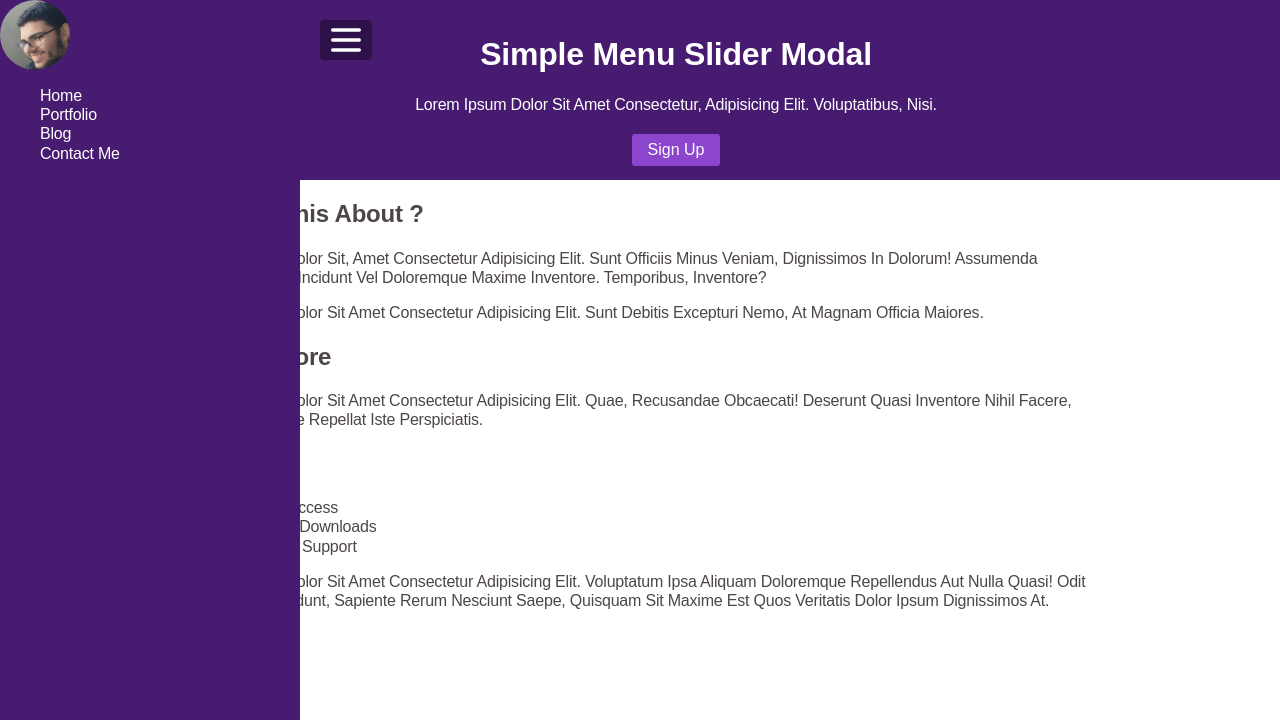
Repository: lilo750/Menu-Slider-modal
Page: index.html
The author's editor kept a copy of each file at every save. The page is drawn from the files as they stood at one save, then again after the next save.
The browser window is 1280 px wide. The pictures show the whole page.

Above is the page before, as saved 2024-01-17 10:09:21.

### index.html
<!DOCTYPE html>
<html lang="en">
    <head>
        <meta charset="UTF-8" />
        <meta name="viewport" content="width=device-width, initial-scale=1.0" />
        <title>menu-slider-modal</title>
        <script defer src="assets/logic.js"></script>
        <link rel="stylesheet" href="assets/style.css" />
    </head>
    <body>
        <div class="left-menu">
            <aside>
                <div id="profile-img">
                    <img
                        src="assets/visuals/profile-img.jpg"
                        alt="profile image"
                    />
                </div>
                <ul>
                    <li>home</li>
                    <li>portfolio</li>
                    <li>blog</li>
                    <li>contact me</li>
                </ul>
            </aside>

            <button id="burger-btn">
                <img
                    src="assets/visuals/burger-menu-svgrepo-com.svg"
                    alt="burger icon"
                />
            </button>
        </div>
        <div class="container">
            <header>
                <div class="heading">
                    <h1>Simple Menu slider Modal</h1>
                    <p>
                        Lorem ipsum dolor sit amet consectetur, adipisicing
                        elit. Voluptatibus, nisi.
                    </p>
                    <button id="signUp-btn">Sign Up</button>
                </div>
            </header>

            <main>
                <h2>what is this about ?</h2>
                <p>
                    Lorem ipsum dolor sit, amet consectetur adipisicing elit.
                    Sunt officiis minus veniam, dignissimos in dolorum!
                    Assumenda aperiam culpa incidunt vel doloremque maxime
                    inventore. Temporibus, inventore?
                </p>
                <p>
                    Lorem ipsum dolor sit amet consectetur adipisicing elit.
                    Sunt debitis excepturi nemo, at magnam officia maiores.
                </p>
                <h2>tell me more</h2>
                <p>
                    Lorem ipsum dolor sit amet consectetur adipisicing elit.
                    Quae, recusandae obcaecati! Deserunt quasi inventore nihil
                    facere, commodi itaque repellat iste perspiciatis.
                </p>
                <h2>benefits</h2>
                <ul>
                    <li>lifetime access</li>
                    <li>unlimited downloads</li>
                    <li>customer support</li>
                </ul>
                <p>
                    Lorem ipsum dolor sit amet consectetur adipisicing elit.
                    Voluptatum ipsa aliquam doloremque repellendus aut nulla
                    quasi! Odit voluptates, incidunt, sapiente rerum nesciunt
                    saepe, quisquam sit maxime est quos veritatis dolor ipsum
                    dignissimos at. Minus, ullam?
                </p>
            </main>
        </div>
        <!-- ./container -->

        <div class="modal">
            <header>
                <span>Sign Up</span>
                <button id="close-btn">
                    <img
                        src="assets/visuals/close-icon.svg"
                        alt="burger icon"
                    />
                </button>
            </header>
            <form>
                <p>Register with us to get offers. support and more</p>
                <div class="form-control">
                    <label for="name">Name</label>
                    <input id="name" type="text" required />
                </div>
                <div class="form-control">
                    <label for="mail">Email</label>
                    <input id="mail" type="email" required />
                </div>
                <div class="form-control">
                    <label for="pass">Password</label>
                    <input id="pass" type="password" required />
                </div>
                <div class="form-control">
                    <label for="cpass">Confirm Password</label>
                    <input id="cpass" type="password" required />
                </div>

                <button id="submit-btn" type="submit">submit</button>
            </form>
        </div>
    </body>
</html>

### assets/logic.js
const signUpBtn = document.getElementById('signUp-btn');
const closeBtn = document.getElementById('close-btn');
const modal = document.querySelector('.modal');
const container = document.querySelector('.container');

const openModalHandler = (event) => {
    event.stopPropagation(); // Stop the event from propagating to the container
    modal.style.pointerEvents = 'auto';
    modal.style.visibility = 'visible';
    modal.style.opacity = '1';
};

const closeModalHandler = () => {
    modal.style.pointerEvents = 'none';
    modal.style.visibility = 'hidden';
    modal.style.opacity = '0';
};

const modalOverlayHandler = () => {
    if (modal.style.visibility === 'visible') {
        closeModalHandler();
    }
};

container.addEventListener('click', modalOverlayHandler);
signUpBtn.addEventListener('click', openModalHandler);
closeBtn.addEventListener('click', closeModalHandler);

### assets/style.css
html {
    font-family: sans-serif;
    letter-spacing: -0.2px;
    color: #4d4646;
}

body {
    height: 100vh;
    margin: 0;
    padding: 0;
    text-transform: capitalize;
    line-height: 1.2;
}

.left-menu {
    position: absolute;
    display: flex;

    & aside {
        height: 100vh;
        background-color: rgb(71, 27, 111);
        width: 300px;

        #profile-img {
            width: 70px;
            height: 70px;

            & img {
                width: 100%;
                border-radius: 50%;
            }
        }

        & ul {
            list-style: none;

            & li {
                color: #fff;
                font-weight: 500;
            }
        }
    }

    #burger-btn {
        display: flex;
        align-items: center;
        justify-content: center;
        height: 40px;
        background-color: rgb(46, 17, 72);
        border: none;
        cursor: pointer;
        position: relative;
        left: 20px;
        top: 20px;
        border-radius: 4px;
    }
}

.container {
    display: flex;
    flex-direction: column;

    & header {
        background-color: rgb(71, 27, 111);
        color: #fff;
        text-align: center;
        padding: 14px 8px;
        padding-left: 80px;

        #signUp-btn {
            background-color: rgb(140, 70, 206);
            color: inherit;
            border: 0;
            outline: 2px;
            padding: 7px 16px;
            border-radius: 3px;
            cursor: pointer;
            font-size: 16px;
        }

        & p {
            margin-bottom: 20px;
        }
    }

    & main {
        max-width: 900px;
        align-self: center;
        padding-inline: 20px;
    }
}

.modal {
    visibility: hidden;
    pointer-events: none;
    width: 370px;
    background-color: #fff;
    border-radius: 3px;
    box-shadow: 1px 3px 17px 8px #bab4b4;
    position: absolute;
    left: 50%;
    top: 41%;
    transform: translate(-50%, -50%);
    transition: opacity 0.3s ease-in-out;

    & header {
        background-color: rgb(94, 36, 147);
        display: flex;
        justify-content: space-between;
        align-items: center;
        padding: 8px;
        margin-bottom: 32px;

        & span {
            color: #fff;
            font-weight: 600;
            font-size: 16px;
        }

        #close-btn {
            background-color: transparent;
            border: none;
            cursor: pointer;
            color: #fff;
        }
    }

    & form {
        padding-bottom: 18px;

        & p {
            font-size: 15px;
            font-weight: 600;
        }

        padding-inline: 18px;

        .form-control {
            display: flex;
            flex-direction: column;
            row-gap: 8px;
            margin-bottom: 12px;

            & input {
                padding: 8px;
                border: 1px solid #bab4b4;
                outline: none;
            }
        }

        #submit-btn {
            background-color: rgb(140, 70, 206);
            color: #fff;
            border: 0;
            outline: 2px;
            padding: 7px 16px;
            border-radius: 4px;
            cursor: pointer;
            font-size: 16px;
        }
    }
}

### assets/visuals/burger-menu-svgrepo-com.svg
<?xml version="1.0" encoding="utf-8"?><!-- Uploaded to: SVG Repo, www.svgrepo.com, Generator: SVG Repo Mixer Tools -->
<svg width="40px" height="40px" viewBox="0 0 24 24" fill="none" xmlns="http://www.w3.org/2000/svg">
<path d="M4 18L20 18" stroke="#ffff" stroke-width="2" stroke-linecap="round"/>
<path d="M4 12L20 12" stroke="#ffff" stroke-width="2" stroke-linecap="round"/>
<path d="M4 6L20 6" stroke="#ffff" stroke-width="2" stroke-linecap="round"/>
</svg>

### assets/visuals/close-icon.svg
<?xml version="1.0"?><svg xmlns="http://www.w3.org/2000/svg" viewBox="0 0 30 30" width="22px" height="22px">    <path d="M 7 4 C 6.744125 4 6.4879687 4.0974687 6.2929688 4.2929688 L 4.2929688 6.2929688 C 3.9019687 6.6839688 3.9019687 7.3170313 4.2929688 7.7070312 L 11.585938 15 L 4.2929688 22.292969 C 3.9019687 22.683969 3.9019687 23.317031 4.2929688 23.707031 L 6.2929688 25.707031 C 6.6839688 26.098031 7.3170313 26.098031 7.7070312 25.707031 L 15 18.414062 L 22.292969 25.707031 C 22.682969 26.098031 23.317031 26.098031 23.707031 25.707031 L 25.707031 23.707031 C 26.098031 23.316031 26.098031 22.682969 25.707031 22.292969 L 18.414062 15 L 25.707031 7.7070312 C 26.098031 7.3170312 26.098031 6.6829688 25.707031 6.2929688 L 23.707031 4.2929688 C 23.316031 3.9019687 22.682969 3.9019687 22.292969 4.2929688 L 15 11.585938 L 7.7070312 4.2929688 C 7.5115312 4.0974687 7.255875 4 7 4 z"/></svg>

After the next save:
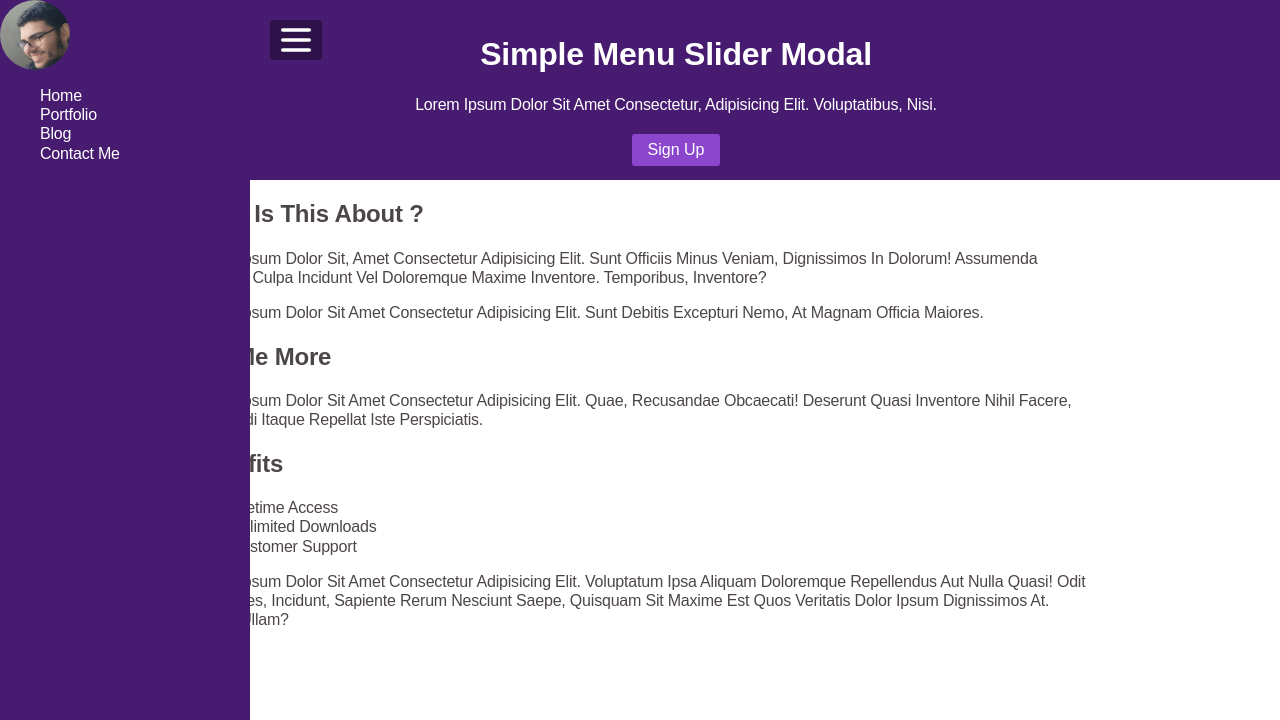
Saved 5 s later.
--- a/assets/style.css
+++ b/assets/style.css
@@ -19,7 +19,7 @@ body {
     & aside {
         height: 100vh;
         background-color: rgb(71, 27, 111);
-        width: 300px;
+        width: 250px;
 
         #profile-img {
             width: 70px;
